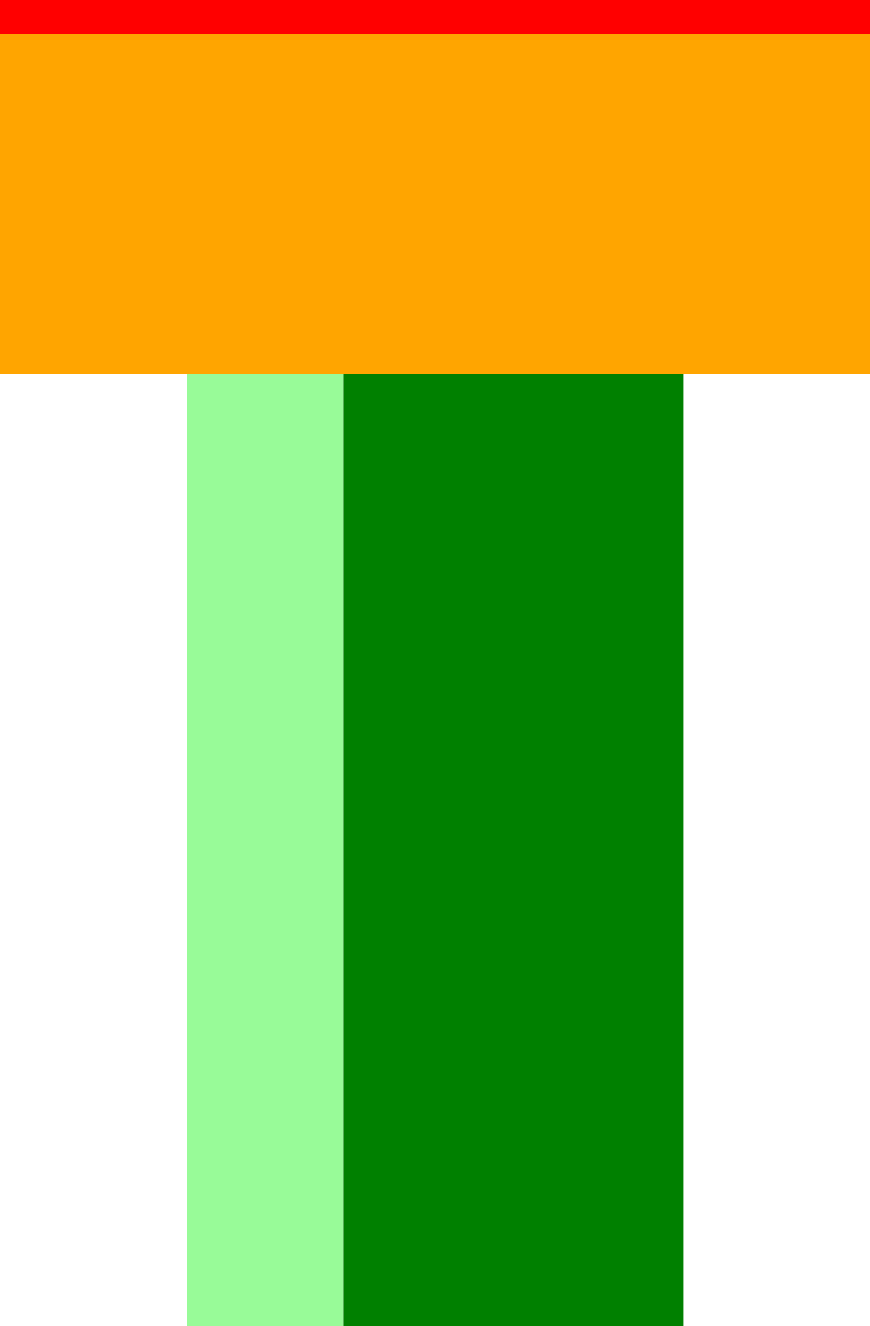
Repository: matsumurashin/flex
Page: chapter4-exercise/chap4.html
The author's editor kept a record of every edit. The page is drawn from the files as they stood at one moment, then again after the next edit.
The browser window is 1280 px wide. The pictures show the whole page, at 68% of full size.

Above is the page before.

After the next edit:
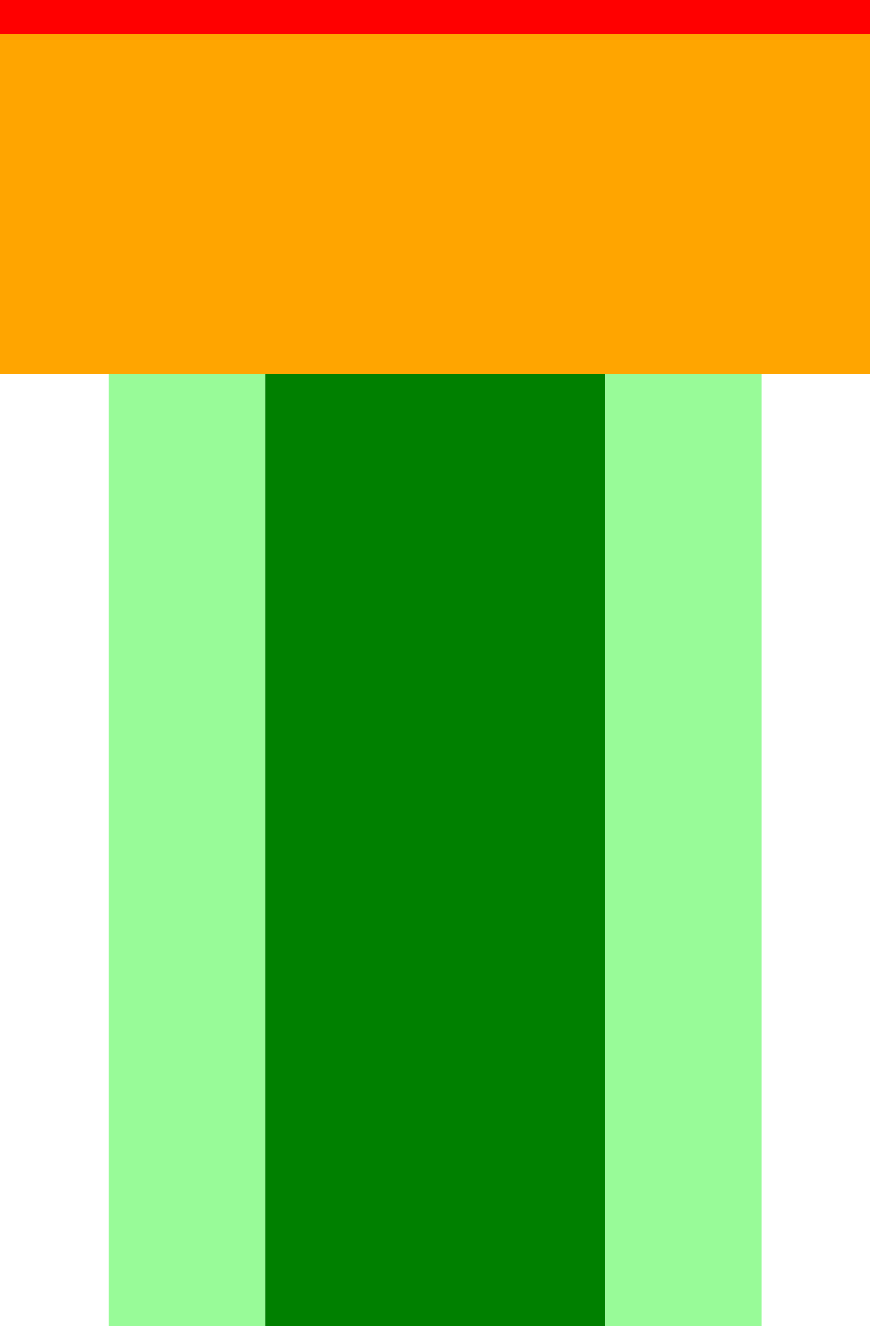
The edit:
--- a/chapter4-exercise/chap4.css
+++ b/chapter4-exercise/chap4.css
@@ -35,7 +35,7 @@
   background-color: green;
 }
 
-.main-right {
+.sidebar-right {
   width: 230px;
   height: 1400px;
   background-color: palegreen;
